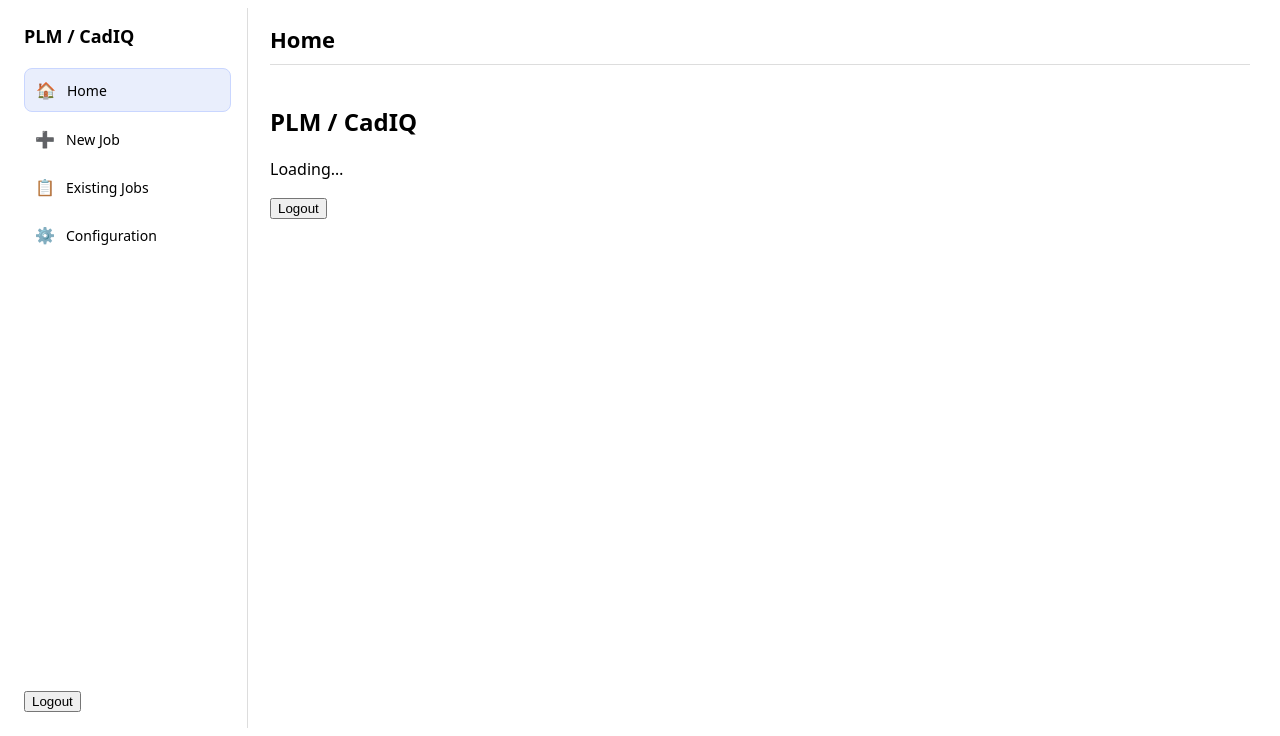
Repository: yaleevans/plm-cadiq
Page: /
These files come from the project's save history. The page is drawn as it stood at one moment and after the next save; the edit follows.
The browser window is 1280 px wide. The pictures show the whole page.
The page's requests for data from a server got no answer. The project was rebuilt for these pictures with package versions that can differ from the ones it lists, and the page was loaded fresh each time. The framework's server and built-in components were replaced by stand-ins that run in the browser. No one was signed in, and anything a server would have sent is missing. Also part of the build but not shown: svelte.config.js, vite.config.ts.

Above is the page before, as saved 2026-02-11 08:13:26.

After the next save:
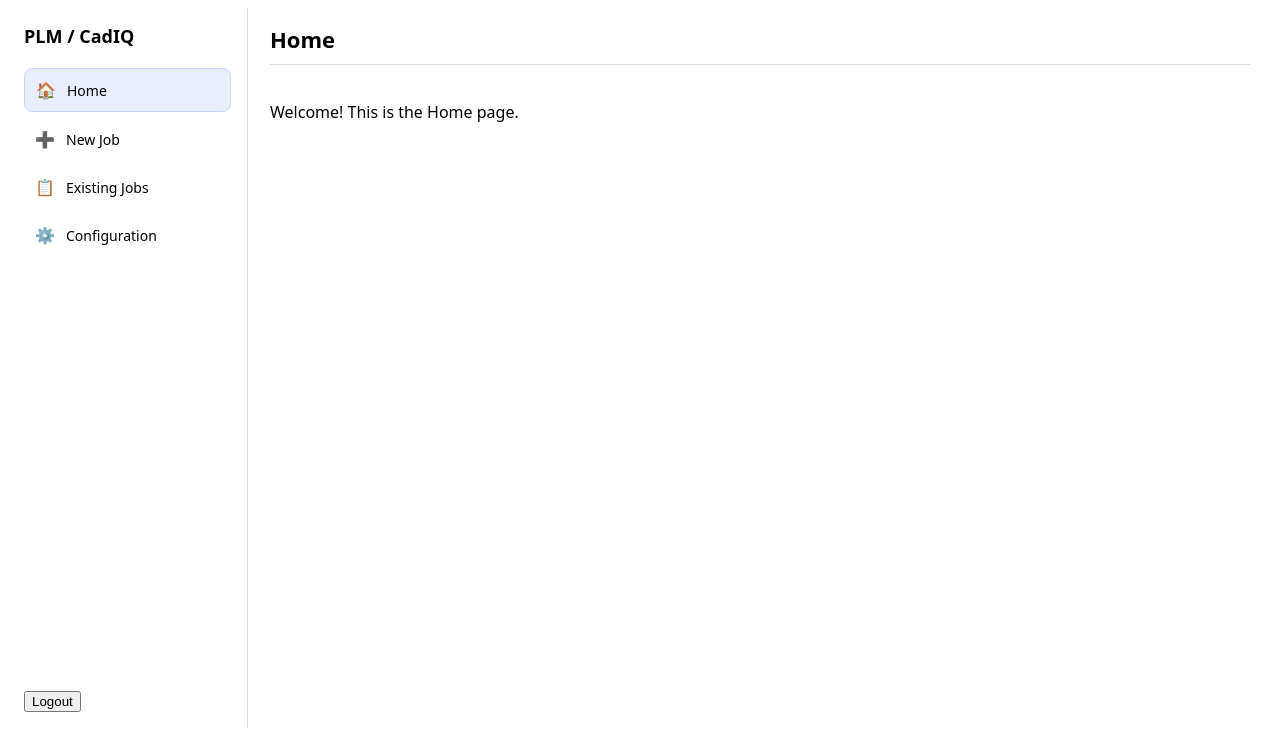
Saved 26 s later.
--- a/src/routes/+page.svelte
+++ b/src/routes/+page.svelte
@@ -1,23 +1 @@
-<script lang="ts">
-	import { onMount } from 'svelte';
-
-	let me: any = null;
-
-	onMount(async () => {
-		const res = await fetch('/api/me');
-		me = await res.json();
-	});
-</script>
-
-<h1>PLM / CadIQ</h1>
-
-{#if me?.ok}
-	<p>Signed in as <b>{me.session.email}</b></p>
-	<p>Tenant: <code>{me.session.tenantId}</code></p>
-{:else}
-	<p>Loading…</p>
-{/if}
-
-<form method="post" action="/api/auth/logout">
-	<button type="submit">Logout</button>
-</form>
+<p>Welcome! This is the Home page.</p>
